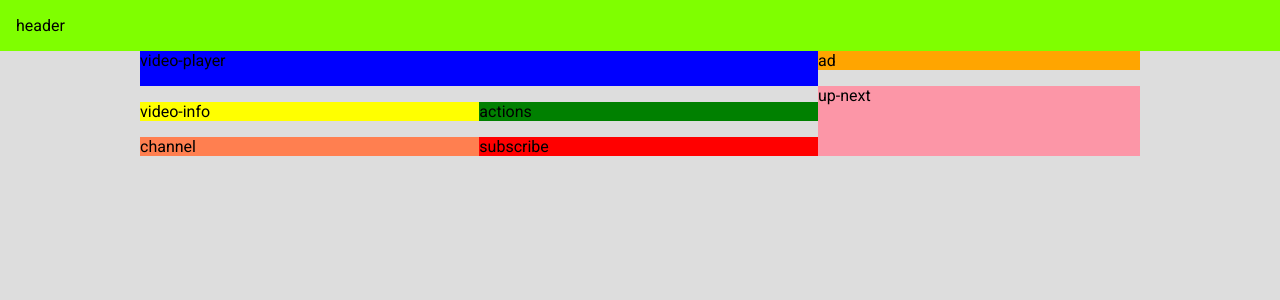
Repository: rafavirginio/clone-do-youtube
Page: index.html
These files come from the project's save history. The page is drawn as it stood at one moment and after the next save; the edit follows.
The browser window is 1280 px wide. The pictures show the whole page.

Above is the page before, as saved 2020-10-04 20:53:18.

After the next save:
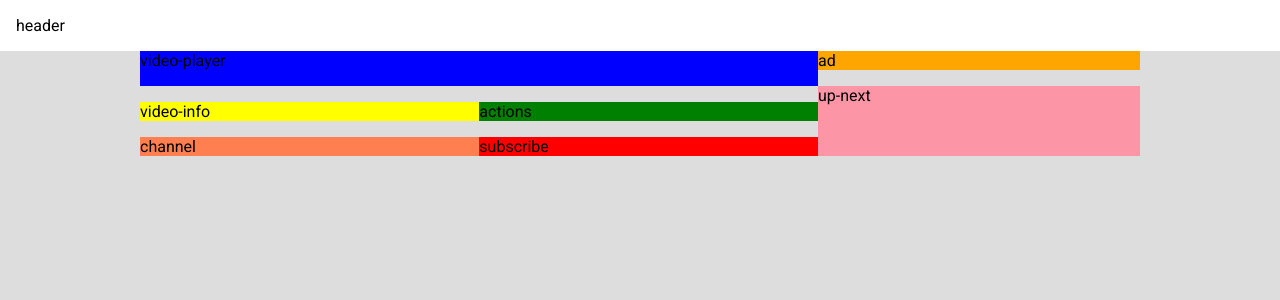
Saved 41 s later.
--- a/style.css
+++ b/style.css
@@ -12,7 +12,7 @@
 }
 
 header {
-    background-color: chartreuse;
+    background-color: white;
     padding: 1rem;
 }
 
